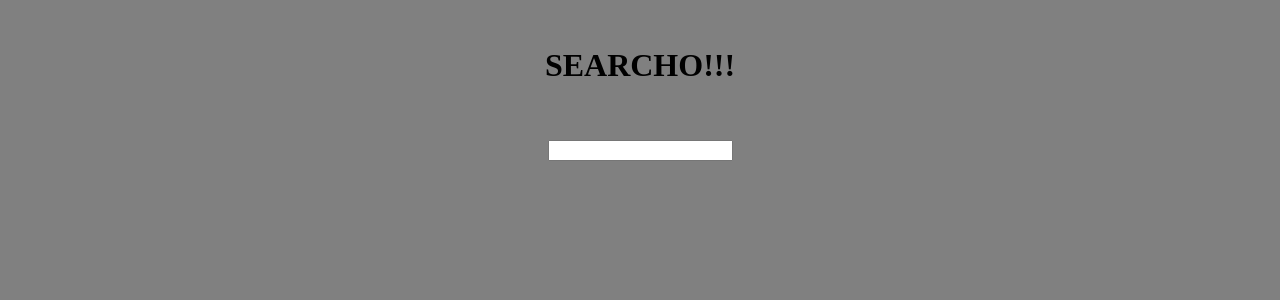
Repository: talkgunish/JAVA-WORLD
Page: advance_java/my_eclipse_java_proj/cookie_session/Search_on_google/WebContent/search_page.html
The author's editor kept a copy of each file at every save. The page is drawn from the files as they stood at one save, then again after the next save.
The browser window is 1280 px wide. The pictures show the whole page.

Above is the page before, as saved 2018-06-19 17:39:29.

After the next save:
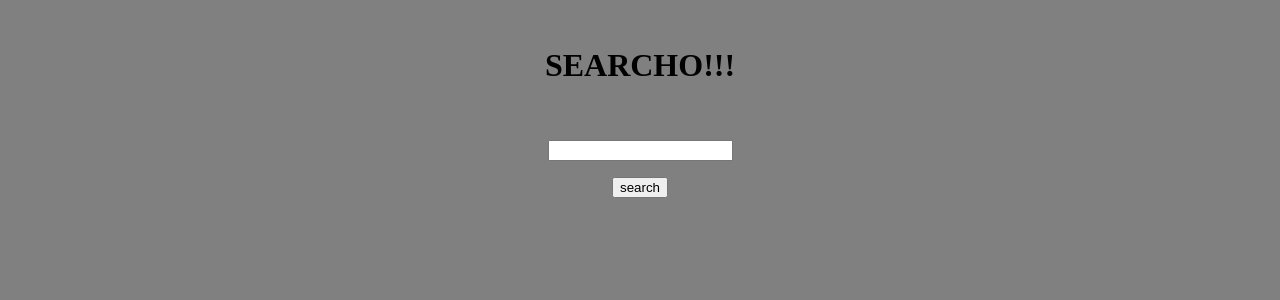
Saved 66 s later.
--- a/advance_java/my_eclipse_java_proj/cookie_session/Search_on_google/WebContent/search_page.html
+++ b/advance_java/my_eclipse_java_proj/cookie_session/Search_on_google/WebContent/search_page.html
@@ -8,7 +8,7 @@
 <form action="go" method="post">
 <br><h1 align="center">SEARCHO!!!</h1><br>
 <p align="center"><input type="text" name="search"></p>
-
+<input type="submit" value="search">
 </form>
 
 </body>
